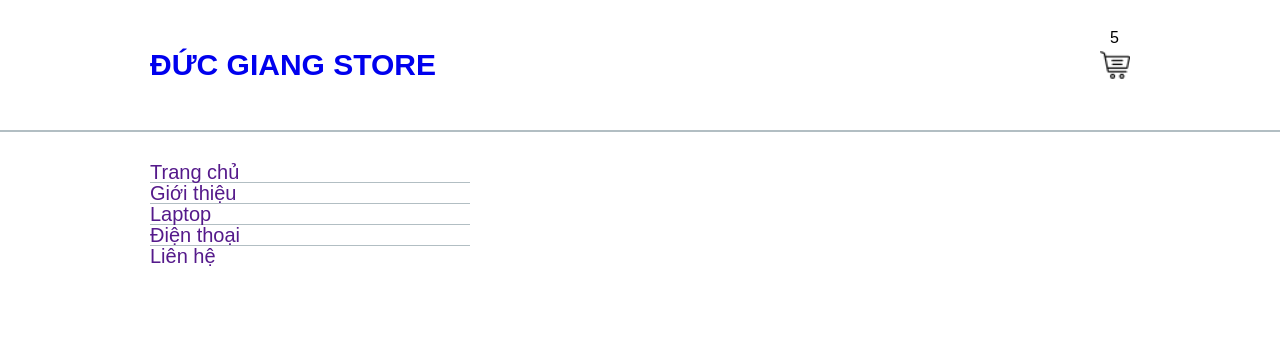
Repository: Giangattt123/PHP
Page: http://localhost/?page=home
An editor plug-in stored every save of this project. The page is shown before and after the next save, followed by the edit.
The browser window is 1280 px wide. The pictures show the whole page.
Some web libraries are served in a nearby version. The page is run by PHP 8.4 with error messages shown; the project is at /var/www/html/.

Above is the page before, as saved 2023-03-17 22:32:26.

### PHP_Shopping-Cart/Shopping_Cart/index.php
<?php
    require 'inc/header.php';
?>

### PHP_Shopping-Cart/Shopping_Cart/inc/header.php
<!DOCTYPE html>
<html lang="en">

<head>
    <meta charset="UTF-8">
    <meta http-equiv="X-UA-Compatible" content="IE=edge">
    <meta name="viewport" content="width=device-width, initial-scale=1.0">
    <title>ĐỨC GIANG STORE</title>
    <link rel="stylesheet" href="public/css/reset.css">
    <link rel="stylesheet" href="public/css/style.css">
    <link rel="stylesheet" href="https://cdnjs.cloudflare.com/ajax/libs/font-awesome/6.3.0/css/all.min.css"
        integrity="sha512-SzlrxWUlpfuzQ+pcUCosxcglQRNAq/DZjVsC0lE40xsADsfeQoEypE+enwcOiGjk/bSuGGKHEyjSoQ1zVisanQ=="
        crossorigin="anonymous" referrerpolicy="no-referrer" />
    <script src="public/js/main.js"></script>
</head>

<body>
    <div class="wrapper">
        <div class="wrapper-content">
            <div class="header">
                <div class="header-content">
                    <div class="item-left">
                        <a href="?page=home">ĐỨC GIANG STORE</a>
                    </div>
                    <div class="item-right">
                        <div class="cart">
                            <a href="" class="cart-icon">
                                <img src="public/images/icon-cart.png" alt="Icon_Cart" class="icon-image">
                            </a>
                            <span class="cart-number">5</span>
                        </div>
                    </div>
                </div>
            </div>
            <!-- end header -->
            <div class="content">
                <div class="content-container">
                    <div class="menu-select">
                        <ul class="menu">
                            <li class="menu-item">
                                <a href="" class="">Trang chủ</a>
                            </li>
                            <li class="menu-item">
                                <a href="" class="">Giới thiệu</a>
                            </li>
                            <li class="menu-item">
                                <a href="" class="">Laptop</a>
                            </li>
                            <li class="menu-item">
                                <a href="" class="">Điện thoại</a>
                            </li>
                            <li class="menu-item">
                                <a href="" class="">Liên hệ</a>
                            </li>
                        </ul>
                    </div>
                    <div class="menu-content">

                    </div>
                </div>
            </div>
            <!-- end content -->
            <div class="footer">

            </div>
            <!-- end footer -->
        </div>
    </div>


</body>

</html>

### PHP_Shopping-Cart/Shopping_Cart/public/css/style.css
* {
  box-sizing: border-box;
}
html {
  font-size: 62.5%;
}
body {
  font-family: "Poppins", sans-serif;
  font-size: 1.6rem;
  font-weight: normal;
}
img {
  display: block;
  max-width: 100%;
}
.header-content {
  display: flex;
  justify-content: space-between;
  margin-left: 150px;
  margin-right: 150px;
  padding: 50px 0px;
  /* border-bottom: 1px solid #f00; */
}
.item-left {
  font-size: 3rem;
  color: #0984e3;
  font-weight: bold;
}
.cart {
  position: relative;
  display: flex;
  align-items: center;
}
.cart .cart-icon .icon-image {
  width: 30px;
  height: 30px;
}
.cart .cart-number {
  position: absolute;
  top: -20px;
  left: 10px;
}
.header {
  border-bottom: 2px solid #b2bec3;
}
.content-container {
  display: flex;
}
.menu-select {
  width: 25%;
  margin-left: 150px;
  font-size: 2rem;
  margin-top: 30px;
}
.menu-select ul.menu li:not(:last-child) {
  border-bottom: 1px solid #b2bec3;
}

Loaded but not shown: PHP_Shopping-Cart/Shopping_Cart/public/css/reset.css (common file); PHP_Shopping-Cart/Shopping_Cart/public/js/main.js (no stored copy; drawn as an empty file)

After the next save:
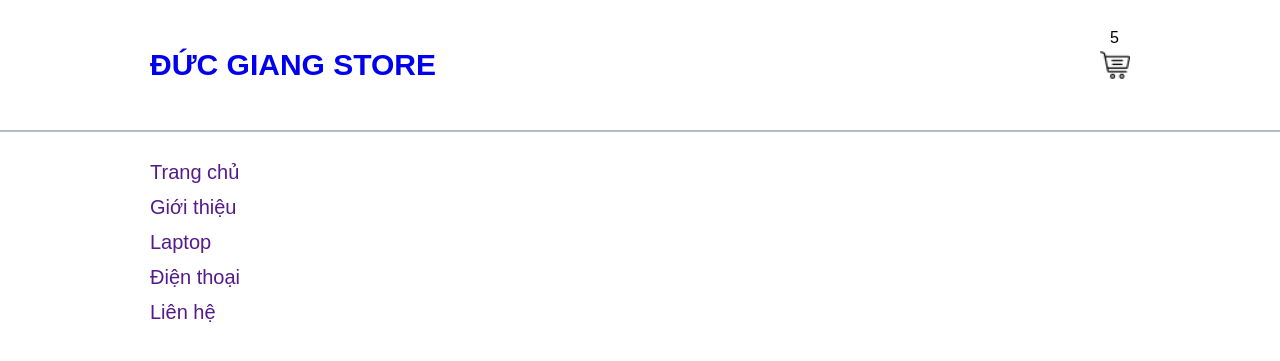
Saved 61 s later.
--- a/PHP_Shopping-Cart/Shopping_Cart/public/css/style.css
+++ b/PHP_Shopping-Cart/Shopping_Cart/public/css/style.css
@@ -52,6 +52,6 @@ img {
   font-size: 2rem;
   margin-top: 30px;
 }
-.menu-select ul.menu li:not(:last-child) {
-  border-bottom: 1px solid #b2bec3;
+.menu-select ul.menu li:not(:first-child) {
+  margin-top: 15px;
 }
